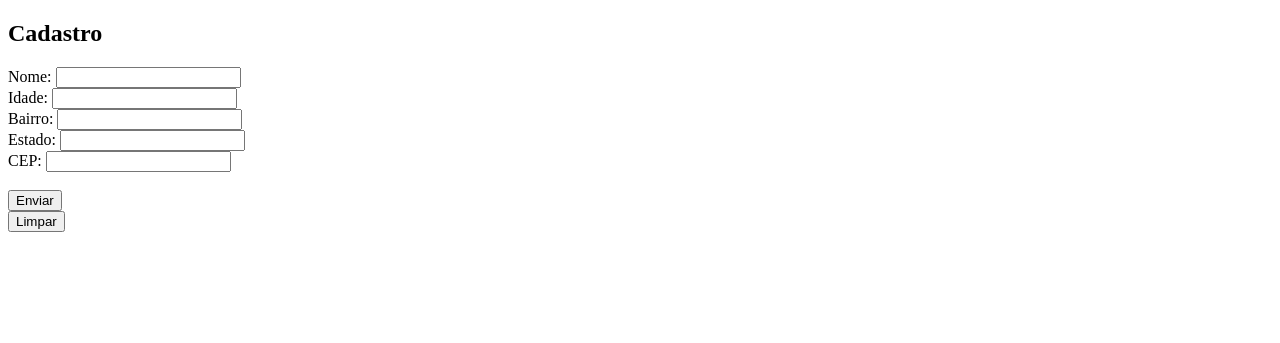
Repository: AugustoZx/cliente-servidor
Page: http://localhost/exemploAula5/Cadastro.jsp
The author's editor kept a copy of each file at every save. The page is drawn from the files as they stood at one save, then again after the next save.
The browser window is 1280 px wide. The pictures show the whole page.
The page is served by Tomcat 9.

Above is the page before, as saved 2023-09-06 12:22:09.

After the next save:
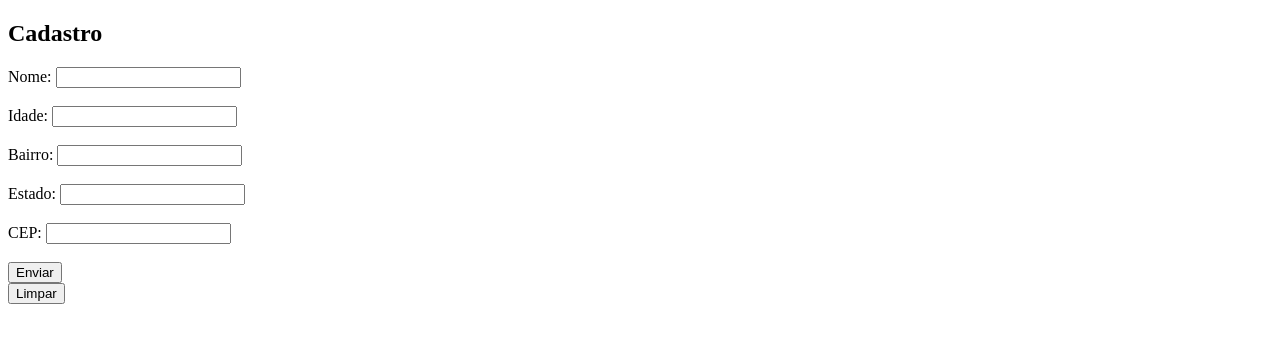
Saved 20 s later.
--- a/Cliente-servidor/Aula03/exemploAula5/src/main/webapp/Cadastro.jsp
+++ b/Cliente-servidor/Aula03/exemploAula5/src/main/webapp/Cadastro.jsp
@@ -10,13 +10,13 @@
 	<h2>Cadastro</h2>
 	<form action="lista.jsp">
 		<label>Nome:</label>
-		<input type="text" name="nome" id="nome"> <br>
+		<input type="text" name="nome" id="nome"> <br> <br>
 		<label>Idade:</label>
-		<input type="text" name="idade" id="idade"> <br>
+		<input type="text" name="idade" id="idade"> <br> <br>
 		<label>Bairro:</label>
-		<input type="text" name="bairro" id="bairro"> <br>
+		<input type="text" name="bairro" id="bairro"> <br> <br>
 		<label>Estado:</label>
-		<input type="text" name="estado" id="estado"> <br>
+		<input type="text" name="estado" id="estado"> <br> <br>
 		<label>CEP:</label>
 		<input type="text" name="cep" id="cep"> <br> <br>
 		<input type="submit" value="Enviar"> <br> <input type="reset" value="Limpar">
